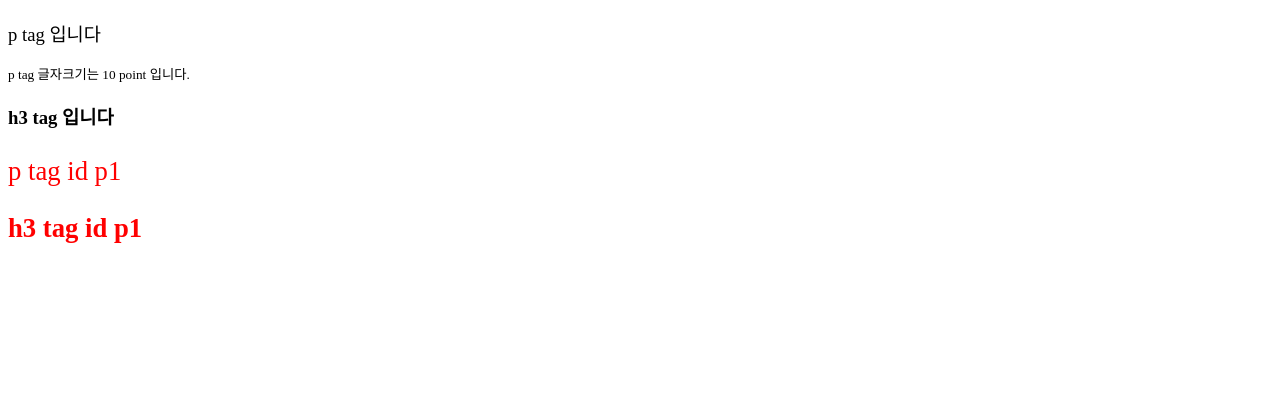
Repository: Seokho96/CSSPractice
Page: css/sample01/WebContent/index.html
These files come from the project's save history. The page is drawn as it stood at one moment and after the next save; the edit follows.
The browser window is 1280 px wide. The pictures show the whole page.

Above is the page before, as saved 2020-07-13 00:58:59.

### css/sample01/WebContent/index.html
<!DOCTYPE html>
<html>
<head>
<meta charset="EUC-KR">
<title>Insert title here</title>
<!-- internal 방식 -->
<style type="text/css">
/*
     태그명 또는 class 또는 id{
      property명: 값;    --여러개 있을 때는 ;로 구분한다.
      property명: 값;
            :
     }
*/

p{
   font-size: 14pt;

}

#p1{   /* 아이디는 # */
    color: red;
    font-size: 20pt;

}

</style>


</head>
<body>

<!--
     CSS cascading Style Sheet - Dream Weaver
         문자의 컬러, 종류, 형태지정
        배경색을 지정, 이미지 셋팅
        테두리 설정,
        각종 Tag, id, class에 형태를 추가할 수 있다.
 -->

<p>p tag 입니다</p>

<p style="font-size: 10pt">p tag 글자크기는 10 point 입니다.</p>
<!-- attribute property -->
<!-- inline 방식 -->

<h3>h3 tag 입니다</h3>

<p id="p1">p tag id p1</p>

<h3 id="p1">h3 tag id p1</h3>

</body>
</html>

After the next save:
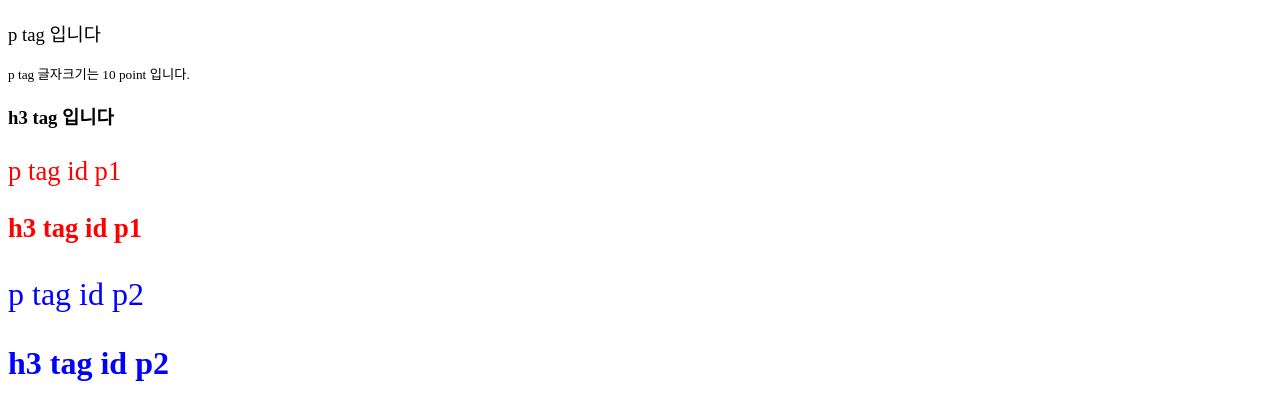
Saved 3 min 2 s later.
--- a/css/sample01/WebContent/index.html
+++ b/css/sample01/WebContent/index.html
@@ -18,10 +18,14 @@ p{
 
 }
 
-#p1{   /* 아이디는 # */
+#p1{   /* 아이디는 # 자바 스크립트에서는 아이디가 하나밖에 안되지만 css에서는 가능하다 하지만 id는 하나씩만 쓰도록 하고 다중이면 class를 쓰도록 하자*/
     color: red;
     font-size: 20pt;
+}
 
+.p2{  /* . == class */
+    color: #0000ff;
+    font-size: 24pt;
 }
 
 </style>
@@ -50,5 +54,8 @@ p{
 
 <h3 id="p1">h3 tag id p1</h3>
 
+<p class ="p2">p tag id p2</p>
+
+<h3 class ="p2">h3 tag id p2</h3>
 </body>
 </html>
